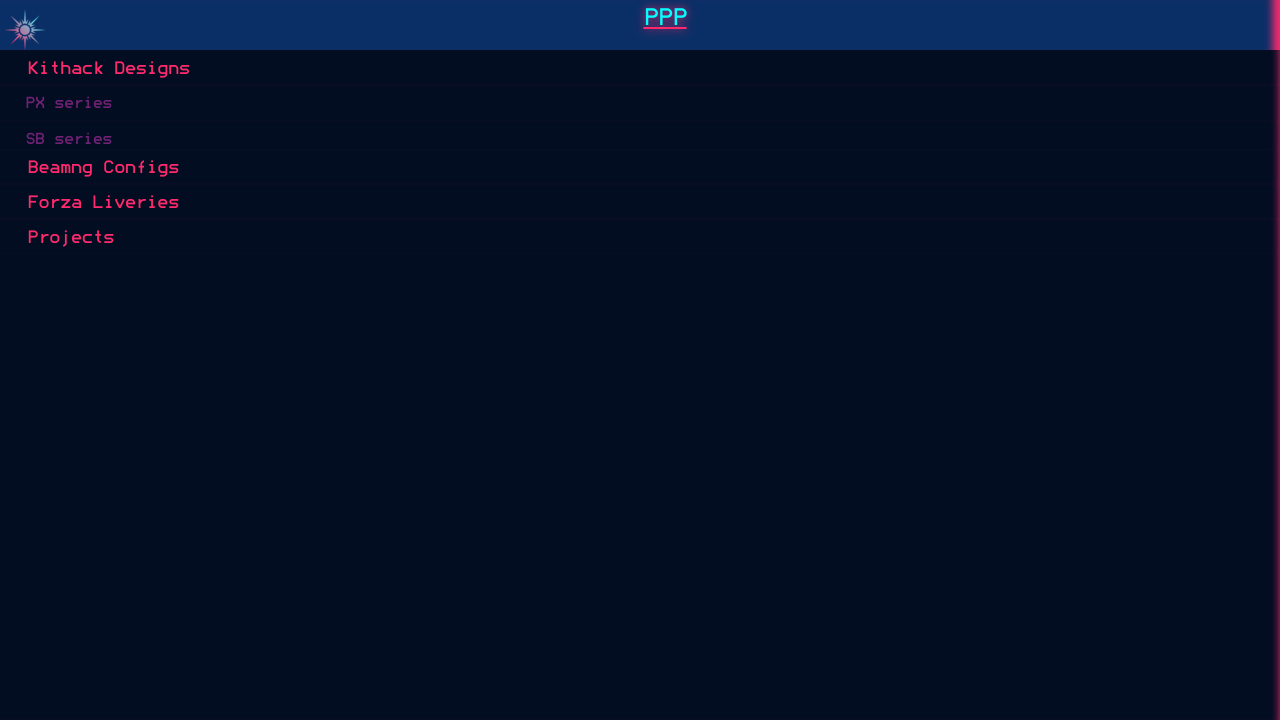
Repository: Pamishly/PamishlysPlayPlace
Page: navbar.html
An editor plug-in stored every save of this project. The page is shown before and after the next save, followed by the edit.
The browser window is 1280 px wide. The pictures show the whole page.

Above is the page before, as saved 2024-09-11 21:18:16.

After the next save:
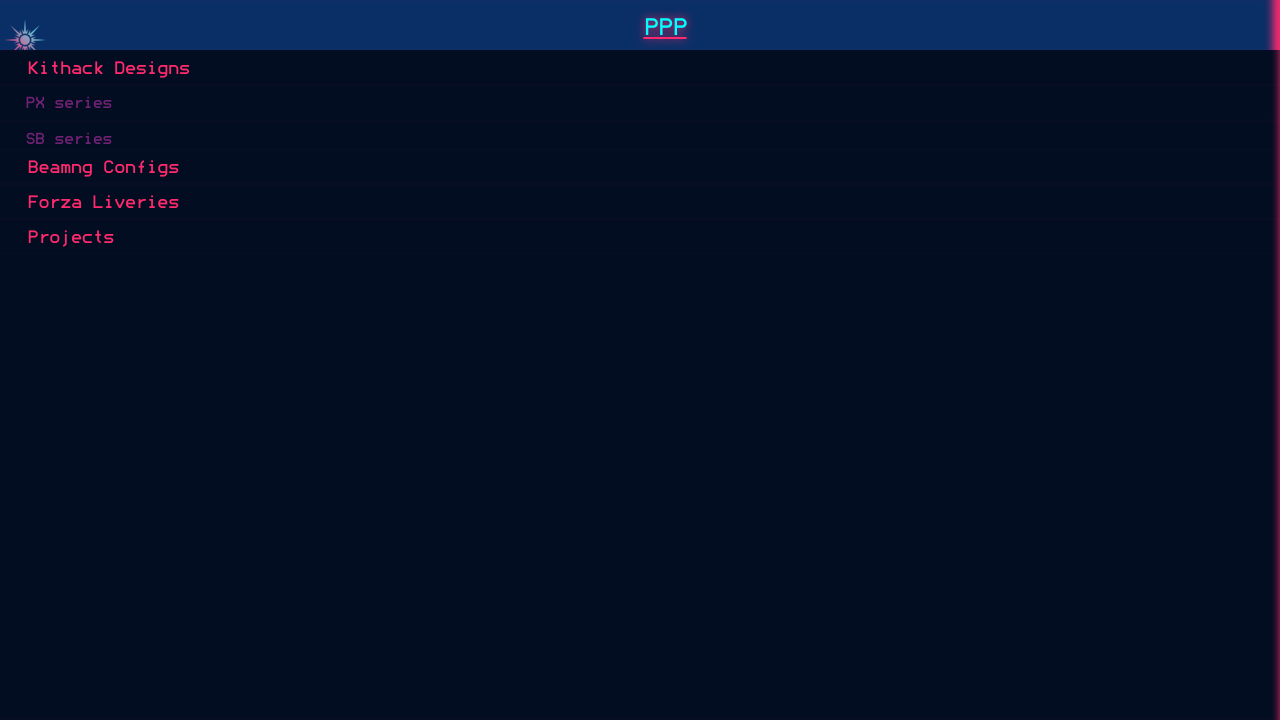
Saved 5 s later.
--- a/main.css
+++ b/main.css
@@ -107,7 +107,7 @@
 }
 .sitename label {
 	height: 50px;
-	padding: 5px 0px;
+	padding: 15px 0px;
 }
 .sitename img{
 	float:left;
